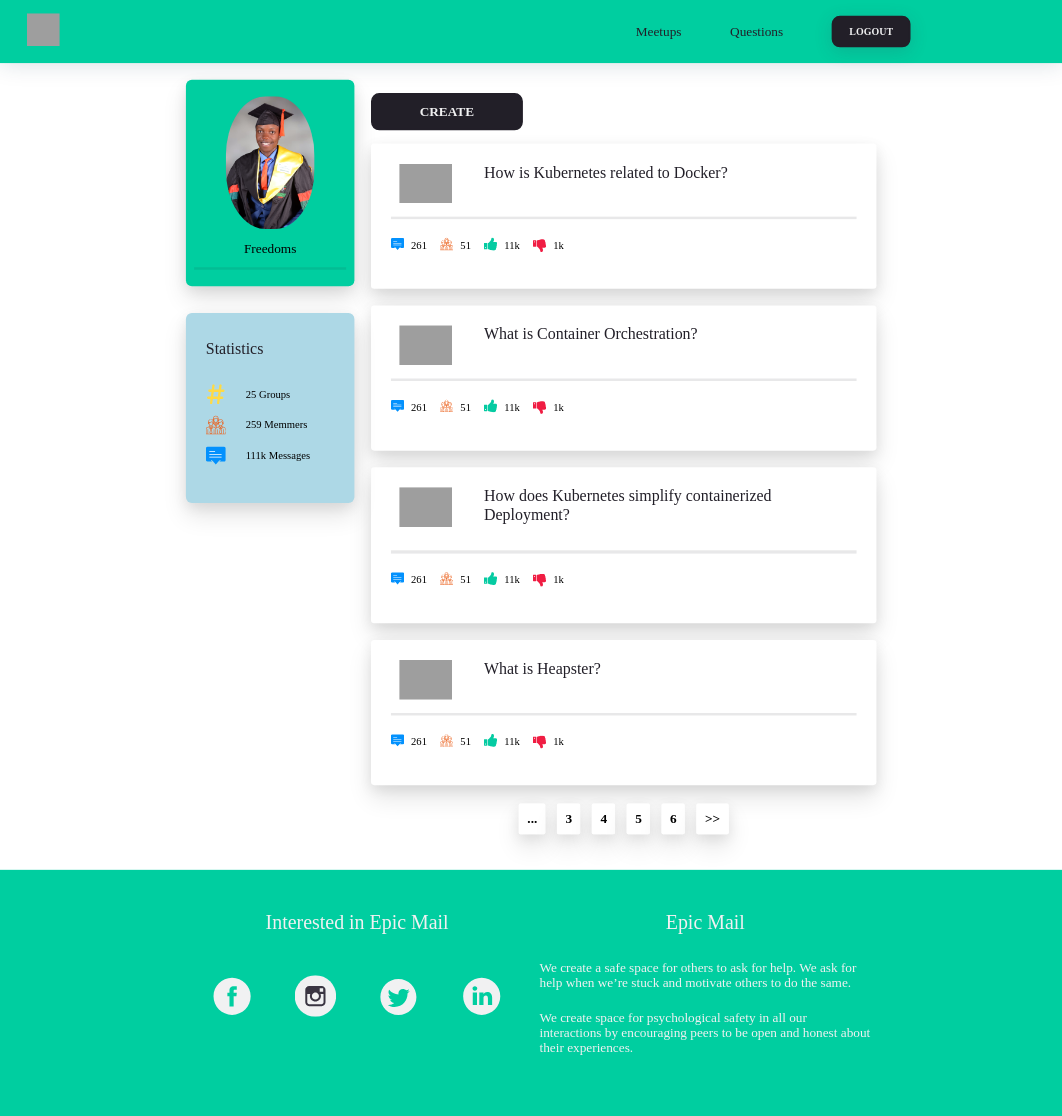
Repository: Gfreedoms/Epic-Mail
Page: pages/admin/profile.html
The author's editor kept a copy of each file at every save. The page is drawn from the files as they stood at one save, then again after the next save.
The browser window is 1280 px wide. The pictures show the whole page, at 83% of full size.
Pictures or frames that could not be fetched are drawn as grey boxes. Some web fonts or font styles are not loaded; a fallback is used.

Above is the page before, as saved 2019-02-27 08:35:40.

After the next save:
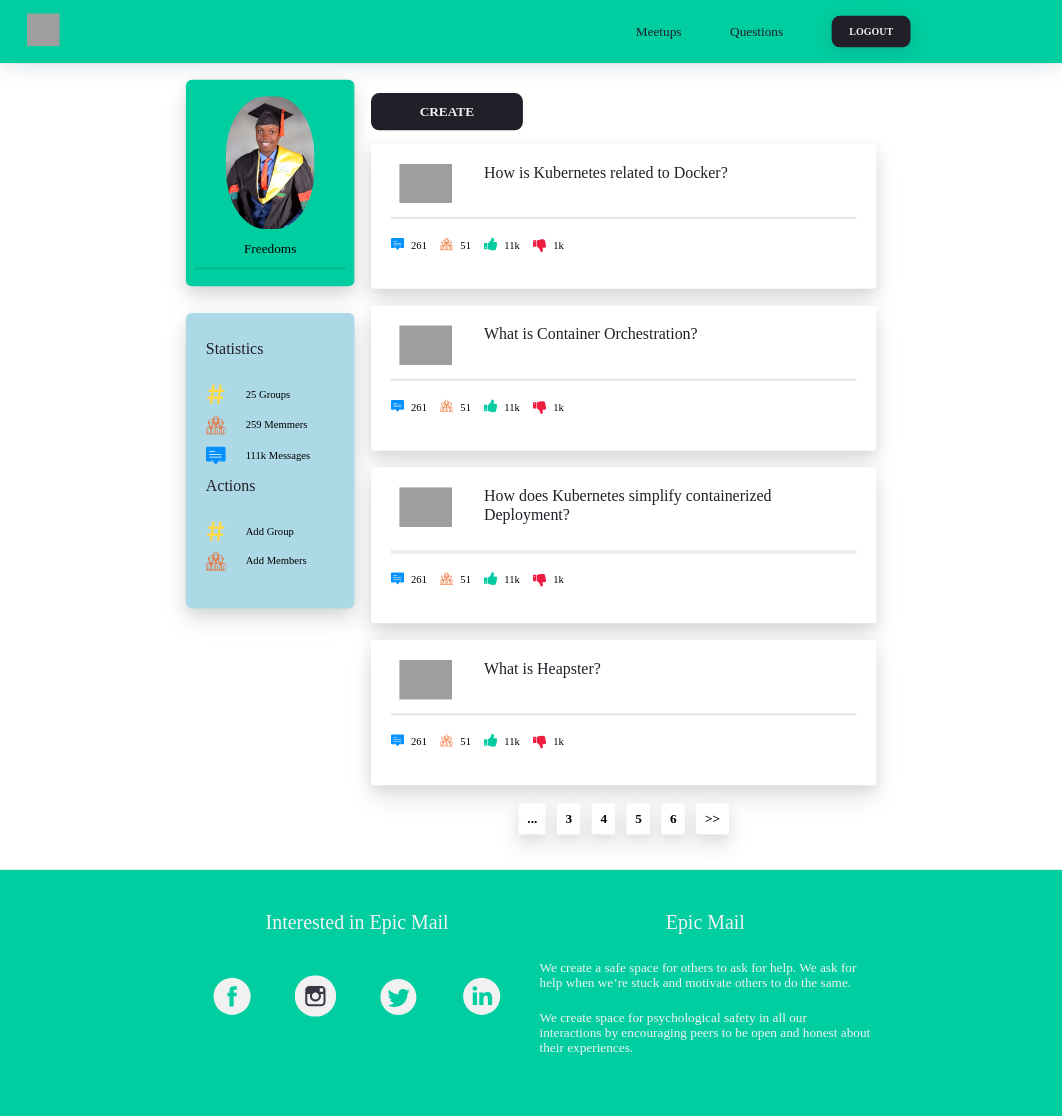
Saved 2 min 47 s later.
--- a/pages/admin/profile.html
+++ b/pages/admin/profile.html
@@ -74,6 +74,18 @@
 								<span>111k Messages</span>
 							</li>
 						</ul>
+						<h3 class="md-text">Actions</h3>
+						<ul class="list-items">
+							<li>
+								<img src="../../assets/imgs/icons/hastag.svg" alt="">
+								<span>Add Group</span>
+							</li>
+							<li>
+								<img src="../../assets/imgs/icons/people.svg" alt="">
+								<span>Add Members</span>
+							</li>
+
+						</ul>
 					</div>
 				</div>
 			</div>
